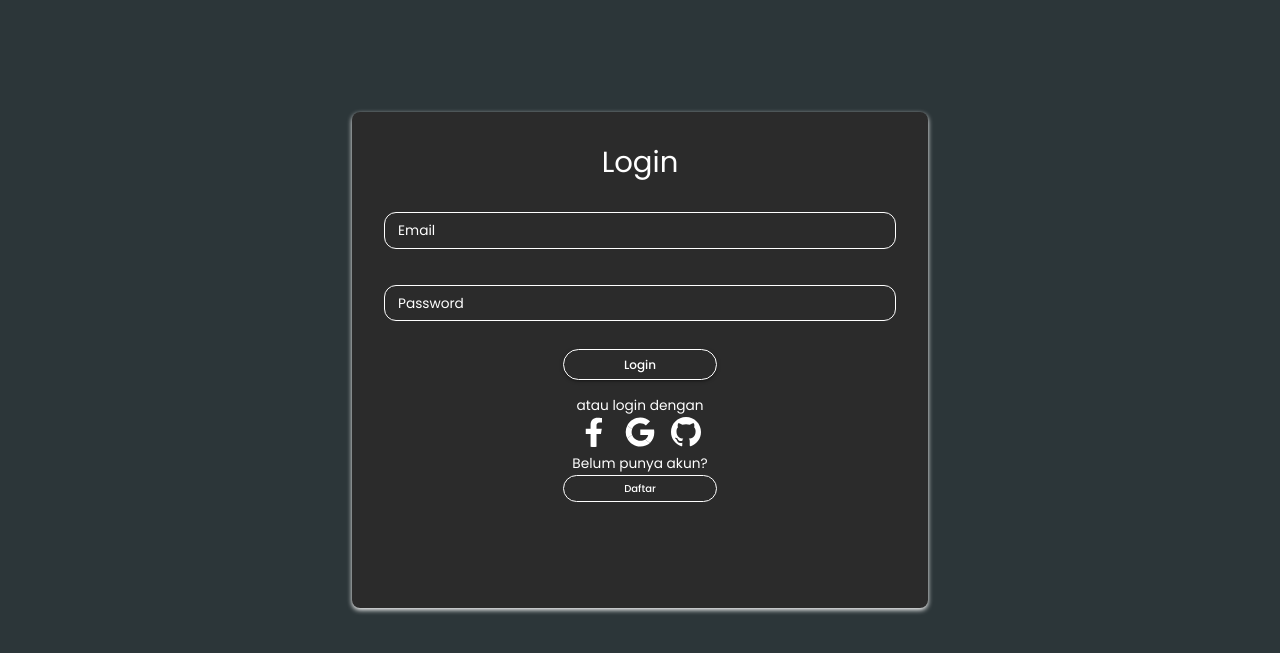
Repository: IzzaSuni/Izza-ToDo
Page: /login
These files come from the project's save history. The page is drawn as it stood at one moment and after the next save; the edit follows.
The browser window is 1280 px wide. The pictures show the whole page.
The project was rebuilt for these pictures with package versions that can differ from the ones it lists, and the page was loaded fresh each time. Also part of the build but not shown: src/App.css, src/services.js, src/utils/Query.js, src/utils/isLogin.js, src/components/List.js, src/components/Filter.js, src/components/ohayo.js, src/components/navbar.js and 2 more.

Above is the page before, as saved 2022-08-19 20:24:45.

### public/index.html
<!DOCTYPE html>
<html lang="en">
  <head>
    <meta charset="utf-8" />
    <link rel="icon" href="%PUBLIC_URL%/AKU.svg" />
    <meta name="viewport" content="width=device-width, initial-scale=1" />
    <meta name="theme-color" content="#000000" />
    <meta name="description" />
    <link rel="apple-touch-icon" href="%PUBLIC_URL%/logo192.png" />
    <!--
      manifest.json provides metadata used when your web app is installed on a
      user's mobile device or desktop. See https://developers.google.com/web/fundamentals/web-app-manifest/
    -->
    <link rel="manifest" href="%PUBLIC_URL%/manifest.json" />
    <!--
      Notice the use of %PUBLIC_URL% in the tags above.
      It will be replaced with the URL of the `public` folder during the build.
      Only files inside the `public` folder can be referenced from the HTML.

      Unlike "/favicon.ico" or "favicon.ico", "%PUBLIC_URL%/favicon.ico" will
      work correctly both with client-side routing and a non-root public URL.
      Learn how to configure a non-root public URL by running `npm run build`.
    -->
    <title>My Notes</title>
  </head>
  <body>
    <noscript>You need to enable JavaScript to run this app.</noscript>
    <div id="root"></div>
    <!--
      This HTML file is a template.
      If you open it directly in the browser, you will see an empty page.

      You can add webfonts, meta tags, or analytics to this file.
      The build step will place the bundled scripts into the <body> tag.

      To begin the development, run `npm start` or `yarn start`.
      To create a production bundle, use `npm run build` or `yarn build`.
    -->
  </body>
</html>

### src/index.js
import React from "react";
import ReactDOM from "react-dom/client";
import "./index.css";
import App from "./App";
import reportWebVitals from "./reportWebVitals";
import { ThemeProvider } from "@mui/material";
import Theme from "./utils/Theme";
const root = ReactDOM.createRoot(document.getElementById("root"));
root.render(
  <ThemeProvider theme={Theme}>
    <React.StrictMode>
      <App />
    </React.StrictMode>
  </ThemeProvider>
);

// If you want to start measuring performance in your app, pass a function
// to log results (for example: reportWebVitals(console.log))
// or send to an analytics endpoint. Learn more: https://bit.ly/CRA-vitals
reportWebVitals();

### src/index.css
@import url("https://fonts.googleapis.com/css2?family=Poppins:ital,wght@0,100;0,200;0,300;0,400;0,500;0,600;0,700;0,800;0,900;1,100;1,200;1,300;1,400;1,500;1,600;1,700;1,800;1,900&display=swap");
body {
  margin: 0;
  font-family: "Poppins", -apple-system, BlinkMacSystemFont, "Segoe UI",
    "Roboto", "Oxygen", "Ubuntu", "Cantarell", "Fira Sans", "Droid Sans",
    "Helvetica Neue", sans-serif;
  -webkit-font-smoothing: antialiased;
  -moz-osx-font-smoothing: grayscale;
  font-smooth: antialiased;
  box-sizing: border-box;
  background-color: #2c3639;
}
button[type="button"] {
  font-size: 10px;
}
svg {
  font-size: 16px !important;
}
code {
  font-family: source-code-pro, Menlo, Monaco, Consolas, "Courier New",
    monospace;
}
#cok:focus-within {
  box-shadow: 0px 1px 0px rgba(0, 0, 0, 0.555);
  transition: all 0.2s;
}
#cok,
#edit {
  box-shadow: 0px;
  transition: all 0.6s;
}
input {
  color: white !important;
  font-family: poppins;
}
textarea {
  color: white !important;
  font-family: poppins;
}
input:-webkit-autofill,
input:-webkit-autofill:hover,
input:-webkit-autofill:focus,
input:-webkit-autofill:active {
  -webkit-box-shadow: 0 0 0 30px #e7f6f2 inset !important;
  box-shadow: 0 0 0 30px #e7f6f2 inset !important;
}
input:disabled {
  -webkit-text-fill-color: black !important;
}
textarea:disabled {
  -webkit-text-fill-color: black !important;
}
#edit:focus-visible {
  box-shadow: 0px 1px 0px rgba(0, 0, 0, 0.555);
  transition: all 0.2s;
}
input#searchBar {
  padding: 4px 8px;
}

.grid {
  display: grid;
  gap: 10px;
  grid-template-columns: repeat(auto-fill, minmax(120px, 1fr));
  grid-template-rows: masonry;
}

.my-masonry-grid {
  display: -webkit-box; /* Not needed if autoprefixing */
  display: -ms-flexbox; /* Not needed if autoprefixing */
  display: flex;
  width: auto;
}
.my-masonry-grid_column {
  /* padding-left: 5px; gutter size */
  background-clip: padding-box;
}

/* Style your items */
.my-masonry-grid_column > div {
  /* change div to reference your elements you put in <Masonry> */
  margin-bottom: 10px;
}

::-webkit-scrollbar {
  width: 6px;
  height: 2px;
}

::-webkit-scrollbar-track {
  box-shadow: inset 0 0 10px transparent;
  border-radius: 10px;
}

/* Handle */
::-webkit-scrollbar-thumb {
  border: 2px solid rgba(0, 0, 0, 0);
  background-clip: padding-box;
  border-radius: 10px;
  background-color: #303030;
}

.shadow {
  box-shadow: 0px 2px 5px white;
}
.MuiPopover-paper {
  background: #2b2b2b !important;
  box-shadow: 0px 2px 5px white !important;
}

/* responsive=============================================================================== */
#mainContainer {
  display: block;
  height: 100vh;
}
@media (max-width: 900px) {
  #mainForm {
    display: none;
  }
  #ohayoSmall {
    text-align: center;
    position: sticky;
    width: 100vw;
  }
  #ohayoBig {
    display: none;
  }

  #listForm {
    width: 100%;
  }
  #buttonAddNotes {
    position: sticky;
    bottom: 0;
    width: 100vw;
    height: 52px !important;
    text-align: center;
    border-radius: 16px 16px 0 0;
  }
}
@media (min-width: 900px) {
  #buttonAddNotes {
    display: none;
  }
  #mainContainer {
    display: block;
  }
  #ohayoSmall {
    display: none;
  }
}

#loginButton:hover {
  background: transparent !important;
}

### src/App.js
import "./App.css";
import Layout from "./components/Layout";
import MainPage from "./components/MainPage";
import { BrowserRouter as Router, Switch, Route } from "react-router-dom";
import Login from "./components/Login";
import CreateAccount from "./components/CreateAccount";

function App({}) {
  return (
    <div className="App">
      <Router>
        <Switch>
          <Route exact path="/publicNote">
            <Layout>
              <MainPage />
            </Layout>
          </Route>
          <Route path={"/login"}>
            <Layout>
              <Login />
            </Layout>
          </Route>
          <Route path={"/signUp"}>
            <Layout>
              <CreateAccount />
            </Layout>
          </Route>
          <Route exact path={"/publicNote/Private"}>
            <Layout>
              <MainPage />
            </Layout>
          </Route>
          <Route path="*">
            <main style={{ padding: "1rem" }}>
              <p>There's nothing here!</p>
            </main>
          </Route>
        </Switch>
      </Router>
    </div>
  );
}

export default App;

### src/utils/Theme.js
import { green } from "@mui/material/colors";
import { createTheme, ThemeProvider } from "@mui/material/styles";

export const background = "#FCE7E7";
export const Black = "#303030";
export const Green = "#E7F634";
export const Disable = "#97A8A8";

export const Screensize = {
  mobile: 0,
  tablet: 900,
  laptop: 1350,
  desktop: 1700,
};

export const colors = {
  background,
  Black,
  Green,
  Disable,
};
export const theme = createTheme({
  breakpoints: {
    values: {
      mobile: 0,
      tablet: 900,
      laptop: 1350,
      desktop: 1700,
    },
  },
  typography: {
    fontFamily: "Poppins",
    fontSize: 12,
    allVariants: {
      color: "white ",
    },
  },
  components: {
    MuiButton: {
      styleOverrides: {
        root: {
          textTransform: "none",
          fontFamily: "Poppins !important",
        },
      },
    },
  },
});

export default theme;

### src/components/Layout.js
import { Box } from "@mui/material";

const Layout = ({ children }) => {
  return (
    <Box
      height={"100vh"}
      width={`calc("100vw - 32px")`}
      display={"flex"}
      alignItems={"center "}
    >
      {children}
    </Box>
  );
};
export default Layout;

### src/components/Login.js
import { Box, Typography } from "@mui/material";
import { makeStyles } from "@mui/styles";
import { useState } from "react";
import { UseDoLogIn } from "../services";
import Input from "./Input";
import { getAuth, signInWithEmailAndPassword } from "firebase/auth";
import { getFirestore } from "firebase/firestore";
import Cookies from "universal-cookie";
import { useHistory } from "react-router-dom";
import Img from "./Img";

const firebaseConfig = {
  apiKey: "AIzaSyAjZX0rIvNdmRXab8sDlkjihku_Bh4y0jg",
  authDomain: "notes-9e77e.firebaseapp.com",
  projectId: "notes-9e77e",
  storageBucket: "notes-9e77e.appspot.com",
  messagingSenderId: "518427613842",
  appId: "1:518427613842:web:af718e1b48a3b7972be44b",
  measurementId: "G-4QZVSNXS15",
};

const useStyles = makeStyles({
  card: {
    height: "60vh",
    width: "40vw",
    background: "#2B2B2B",
    borderRadius: "8px",
    padding: "32px",
  },
  container: {
    height: "100vh",
    width: "100vw",
    display: "flex",
    justifyContent: "center",
    alignItems: "center",
  },
});

export default function Login(prop) {
  const history = useHistory();
  const classes = useStyles();
  const [msg, setMsg] = useState({ type: "", msg: "" });
  const [loading, setLoading] = useState(false);
  const db = getFirestore();
  const auth = getAuth();

  //check if signed

  const signed = prop.signed;
  if (!signed) {
    localStorage.clear();
  } else {
    history.push("/publicNote");
  }

  //generateErr
  const generateErrEmail = (content, type) => {
    if (type === "email") {
      if (content.length === 0) return " ";
      else if (content[content.indexOf("@") + 1] === undefined)
        return "format e-mail salah";
      else if (content.length > 0 && content.indexOf("@") === -1)
        return "format e-mail salah";
      else return " ";
    } else {
      if (content.length === 0) return "";
      if (content.length > 0 && content.length < 6)
        return "minimal password 8 karakter";
      else return " ";
    }
  };

  //handleSubmit
  const submit = (e) => {
    setLoading(true);
    e.preventDefault();
    const email = e.target[0].value;
    const password = e.target[2].value;
    signInWithEmailAndPassword(auth, email, password)
      .then((e) => {
        const cookies = new Cookies();
        cookies.set("akikToken", e._tokenResponse.idToken, {
          path: "/",
          maxAge: 43200,
        });
        setMsg({ type: "success", msg: "berhasil login" });
        setLoading(false);
        history.push(`/publicNote/Private?user=${e.user.displayName}`);
      })
      .catch((err) => {
        if (err.code === "auth/wrong-password")
          setMsg({ msg: "Maaf email atau password salah 👀", type: "error" });
        if (err.code === "auth/user-not-found")
          setMsg({ msg: "Maaf user tidak ditemukan 👀", type: "error" });
        setLoading(false);
        return err;
      });
  };

  //handleChangeE
  const handleChangeE = (e) => {
    const helperE = document.getElementById("helperEmail");
    const msg = generateErrEmail(e.target.value, "email");
    if (msg === "e-mail sesuai format") helperE.style.color = "green";
    else {
      helperE.style.color = "yellow ";
    }
    helperE.innerHTML = msg;
  };

  //handleChangeE
  const handleChangeU = (e) => {
    const helperE = document.getElementById("helperEmail");
    const msg = generateErrEmail(e.target.value, "email");
    if (msg === "e-mail sesuai format") helperE.style.color = "green";
    else {
      helperE.style.color = "yellow ";
    }
    helperE.innerHTML = msg;
  };

  //handleChangeP
  const handleChangeP = (e) => {
    const helperP = document.getElementById("helperPass");
    const msg = generateErrEmail(e.target.value, "pass");
    if (msg === "sukses") helperP.style.color = "green";
    else {
      helperP.style.color = "yellow ";
    }
    helperP.innerHTML = msg;
  };

  //return
  return (
    <Box className={classes.container}>
      <Box className={`${classes.card} shadow`}>
        <Typography textAlign="center" variant={"h4"}>
          Login
        </Typography>
        <Box marginY={4}>
          <form onSubmit={submit}>
            <Box>
              <Input
                type="email"
                label={"Email"}
                inputType="text"
                hdlChange={handleChangeE}
              />
              <Box height={"12px"} mt={1} pl="14px">
                <Typography id="helperEmail"></Typography>
              </Box>
            </Box>

            <Box mt={2}>
              <Input
                type="email"
                label="Password"
                inputType={"password"}
                hdlChange={handleChangeP}
              />
              <Box height={"12px"} my={1} pl="14px">
                <Typography id="helperPass" />
              </Box>
            </Box>
            <Box display="flex" justifyContent={"center"} pb={2}>
              <Input
                type={"buttonLoading"}
                loading={loading}
                className={{ width: "30%" }}
              >
                Login
              </Input>
            </Box>
            <Box>
              <Typography textAlign={"center"}>atau login dengan</Typography>
            </Box>
            <Box display="inline-flex" justifyContent={"center"} width='100%' >
              <Img src="/facebook.svg" px={"8px"} />
              <Img src="/google.svg" px={"8px"} />
              <Img src="/Github.svg" px={"8px"} />
            </Box>
            <Typography textAlign={"center"}>Belum punya akun?</Typography>
            <Box display="flex" justifyContent={"center"}>
              <Input
                type={"buttonCustom"}
                loading={loading}
                className={{ width: "30%" }}
              >
                Daftar
              </Input>
            </Box>
          </form>
        </Box>
        <Typography textAlign="center">{msg.msg}</Typography>
      </Box>
    </Box>
  );
}

### src/components/Input.js
import { makeStyles } from "@mui/styles";
import {
  Box,
  Button,
  FormControl,
  InputAdornment,
  InputBase,
  InputLabel,
  MenuItem,
  Select,
  TextField,
  Typography,
} from "@mui/material";
//icons
import EditIcon from "@mui/icons-material/Edit";
import DeleteIcon from "@mui/icons-material/Delete";
import ClearIcon from "@mui/icons-material/Clear";
import DoneIcon from "@mui/icons-material/Done";
import { useState } from "react";
import { LoadingButton } from "@mui/lab";

const useStyles = makeStyles({
  paper: {
    height: "100%",
    width: "20%",
    background: "#E7F6F2 !important",
    borderRadius: "16px",
    overflow: "auto",
  },
  paperList: {
    height: "100%",
    width: "80%",
    flexWrap: "wrap",
    background: "#CEE5D0 !important",
    overflow: "auto",
  },
  Button: {
    "&.MuiButton-root": {
      textTransform: "none !important",
      color: "white",
      background: "transparent ",
      borderRadius: "32px",
      border: "1px solid white",
      padding: "4px 16px",
      "&:hover": {
        background: "#693737",
        color: "white ",
      },
      "&:active": {
        background: "#693737",
        color: "white ",
      },
      "& .MuiLoadingButton-loadingIndicator": {
        color: "white !important",
      },
      "&.Mui-disabled": {
        color: "rgba(255, 255, 255, 0.541)",
      },
    },
  },
  TextField: {
    "&:hover fieldset": {
      borderColor: "#100F0F !important",
      color: "white",
    },
    "& label.Mui-focused": {
      color: "white",
    },
    "& fieldset": {
      borderColor: "white !important",
    },
    "&.Mui-focused fieldset": {
      borderColor: "white !important",
    },
    "& .MuiOutlinedInput-root": {
      borderRadius: "12px !important",
      color: "white",
    },
  },
  TextFields: {
    "& .MuiInputBase-input": {
      padding: "0px !important",
      borderBottom: "1px white dashed !important",
      width: "100%",
    },
  },
  login: {
    "&:hover fieldset": {
      borderColor: "white !important",
    },
    "& label.Mui-focused": {
      color: "black",
    },
    "& fieldset": {
      borderColor: "white !important",
    },
    "&.Mui-focused fieldset": {
      borderColor: "white !important",
    },
    "& .MuiOutlinedInput-root": {
      borderRadius: "12px !important",
    },
  },
  form: {
    justifytitle: "space-between",
    width: ` 100% `,
    marginTop: "32px",
  },
  editForm: { width: "100%", display: "flex", padding: "0px 8px" },
  smallBox: {
    height: "10px",
    width: "10px",
    marginRight: "32px",
    borderRadius: "16px",
    paddingLeft: "16px",
    border: "1px dashed black",
  },
  Menu: {
    "&.MuiMenu-list": {
      background: "#2B2B2B",
      borderRadius: "12px",
      padding: "16px",
      width: "250px",
    },
    "& .MuiMenuItem-root": {
      padding: "0px",
    },
  },
});

export default function Input({
  type,
  select,
  hdlChange,
  children,
  defVal,
  hdlEdit,
  onClickBtn,
  color,
  className,
  label,
  placeholder,
  inputType,
  loading,
  maxchar,
  isdisabled,
  icon,
  id,
}) {
  const [anchorEl, setAnchorEl] = useState(null);

  const renderButton = ({ value, type }) => {
    return type === "delete" ? (
      value.isedit ? (
        <>
          <DoneIcon />
        </>
      ) : (
        <>
          <DeleteIcon />
        </>
      )
    ) : value.isedit ? (
      <>
        <ClearIcon sx={{ ml: 1 }} />
      </>
    ) : (
      <>
        <EditIcon sx={{ ml: 1 }} />
      </>
    );
  };

  const classes = useStyles();
  const renderInput = () => {
    switch (type) {
      case "text":
        return (
          <TextField
            size={"small"}
            label={"Title"}
            placeholder="Type the title here"
            className={classes.TextField}
            required
            inputProps={{ maxLength: "20" }}
            sx={{ width: "100%", marginBottom: 3 }}
          />
        );
      case "email":
        return (
          <TextField
            size={"small"}
            label={label}
            placeholder={label}
            className={classes.login}
            type={inputType}
            inputProps={{ maxLength: maxchar }}
            InputProps={icon}
            sx={{
              width: "100%",
              marginBottom: 3,
              "&.MuiFormControl-root": {
                marginBottom: 0,
              },
              "& .Mui-focused": {
                color: "white !important",
              },
            }}
            onChange={hdlChange}
          />
        );
      case "multiline":
        return (
          <TextField
            label={"Description"}
            size={"medium"}
            placeholder="Type the description here"
            className={classes.TextField}
            multiline
            sx={{ width: "100%", marginBottom: 3, borderRadius: 12 }}
          />
        );
      case "select":
        return (
          <FormControl
            fullWidth
            className={`${classes.TextField} `}
            sx={{
              marginBottom: "24px",
            }}
            id="kontol"
          >
            <InputLabel id="catLabel">Select Category</InputLabel>
            <Select
              id="catuu"
              label="Select Category"
              onChange={hdlChange}
              defaultChecked={false}
              required
              className={`${classes.Menu}`}
            >
              <MenuItem value={"Reminder"} disabled>
                Select a category
              </MenuItem>
              <MenuItem value={"Work"}>Work</MenuItem>
              <MenuItem value={"To do"}>To do</MenuItem>
              <MenuItem value={"Money"}>Money</MenuItem>
              <MenuItem value={"Reminder"}>Reminder</MenuItem>
              <MenuItem value={"Assignment"}>Task</MenuItem>
              <MenuItem value={"Study"}>Study</MenuItem>
            </Select>
          </FormControl>
        );

      case "button":
        return (
          <Button
            disableRipple
            type="submit"
            variant="contained"
            className={classes.Button}
            sx={className}
          >
            {children}
          </Button>
        );
      case "buttonLoading":
        return (
          <LoadingButton
            disableRipple
            type="submit"
            variant="contained"
            loading={loading}
            className={classes.Button}
            sx={className}
            disabled={isdisabled}
            loadingPosition="end"
          >
            {children}
          </LoadingButton>
        );
      case "buttonCustom":
        return (
          <Button
            disableRipple
            type="button"
            onClick={onClickBtn}
            className={`${classes.Button}`}
            id={id}
            style={className}
          >
            {children}
          </Button>
        );

      case "editTitle":
        return (
          <InputBase
            defaultValue={defVal.title}
            onChange={hdlEdit}
            className={classes.TextFields}
            disabled={defVal.isedit === true ? false : true}
            sx={{
              fontSize: "16px !important",
            }}
          />
        );
      case "editDesc":
        return (
          <InputBase
            sx={{
              width: "100%",
              padding: "0px !important",
              mt: 2,
              lineHeight: "18px",
            }}
            defaultValue={defVal.desc}
            onChange={hdlEdit}
            className={classes.TextFields}
            disabled={defVal.isedit === true ? false : true}
            multiline
          />
        );
      case "divider":
        return (
          <Box
            height={"1px"}
            width="100%"
            bgcolor={"#CEE5D0"}
            mx={2}
            variant="middle"
            alignSelf={"center "}
          />
        );
      default:
        break;
    }
  };
  return renderInput();
}

### src/components/Img.js
import { Box } from "@mui/system";

const Img = ({ width = "30px", height = "30px", src,px }) => {
  return (
    <Box>
      <img
        src={process.env.PUBLIC_URL + src}
        style={{ height: height, width: width, padding: `0 ${px}` }}
        alt={src}
      />
    </Box>
  );
};

export default Img;

Loaded but not shown: src/reportWebVitals.js (common file)

After the next save:
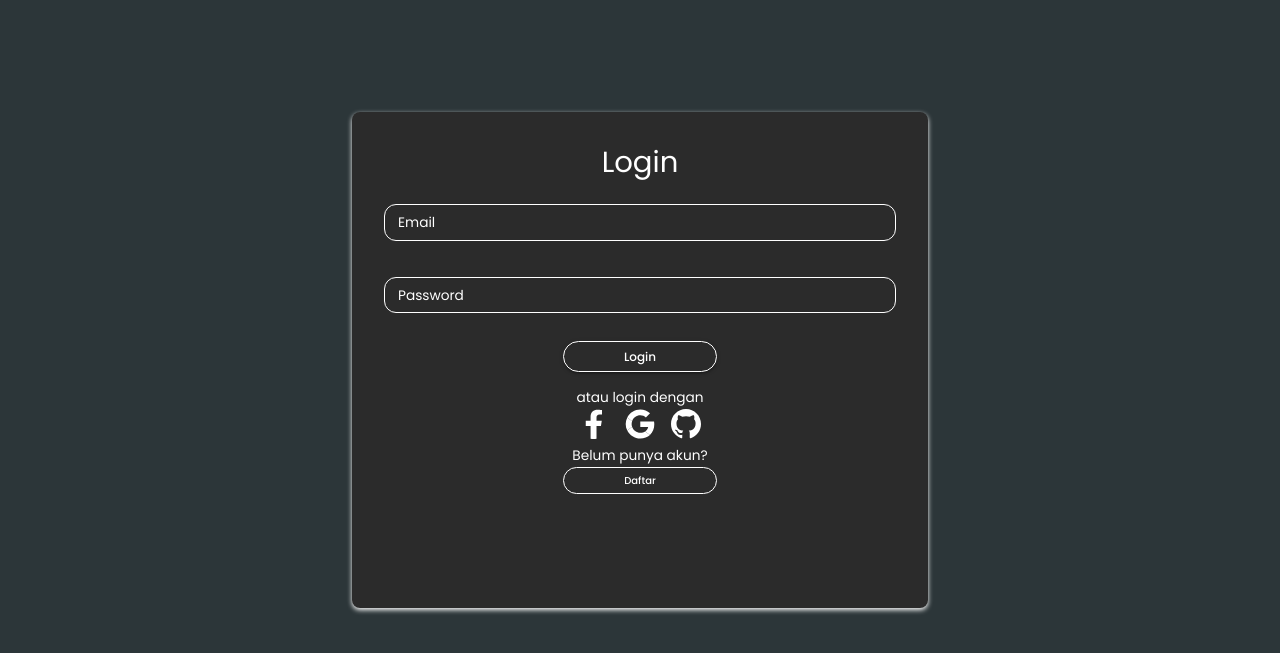
Saved 13 s later.
--- a/src/components/Login.js
+++ b/src/components/Login.js
@@ -137,7 +137,7 @@ export default function Login(prop) {
         <Typography textAlign="center" variant={"h4"}>
           Login
         </Typography>
-        <Box marginY={4}>
+        <Box marginY={3}>
           <form onSubmit={submit}>
             <Box>
               <Input
